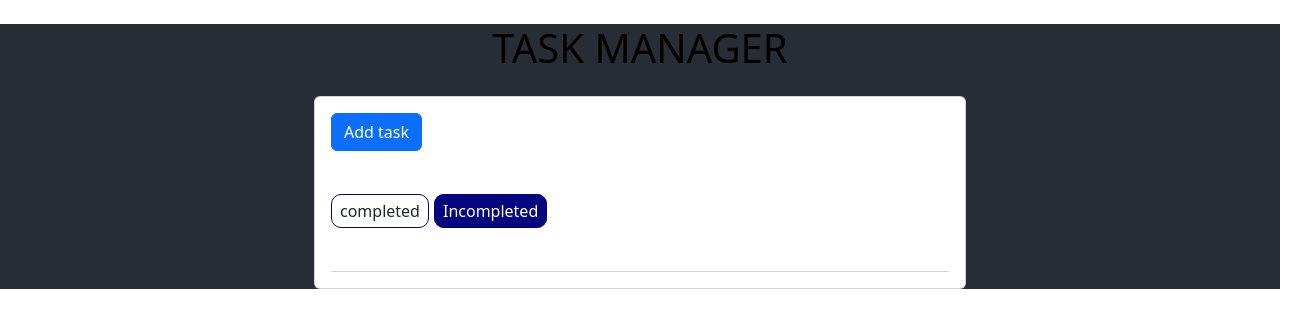
Repository: Jcparks84/task_manager
Page: / (app in frontend/)
These files come from the project's save history. The page is drawn as it stood at one moment and after the next save; the edit follows.
The browser window is 1280 px wide. The page is 1292 px wide, so the pictures cover 1292 px, including what lies to the right of the window. The pictures show the whole page.
The page's requests for data from a server got no answer. The project was rebuilt for these pictures with package versions that can differ from the ones it lists, and the page was loaded fresh each time. No one was signed in, and anything a server would have sent is missing. Also part of the build but not shown: frontend/src/components/Modal.js.

Above is the page before, as saved 2022-08-11 17:11:25.

### frontend/src/index.css
html {
  background-color: ;
}

body {
  margin: 0;
  padding:0;
  font-family: sans-serif;
  -webkit-font-smoothing: antialiased;
}

.todo-title{
  cursor:pointer;
}
.completed-todo {
  text-decoration: line-through;
}
.tab-list > span {
  padding: 5px 8px;
  border : 1px solid rgb(5, 5, 128);
  border-radius:10px;
  margin-right:5px;
  cursor: pointer;
}
.tab-list>span.active {
  background-color: rgb(5, 5, 128);
  color:#fff;
}

### frontend/src/App.js
import React, { Component } from "react";
import Modal from "./components/Modal";
import axios from 'axios';
import './App.css'
class App extends Component {
  constructor(props) {
    super(props);
    this.state = {
      viewCompleted: false,
      activeItem: {
        title: "",
        description: "",
        completed: false
      },
      taskList: []
    };
  }

  componentDidMount() {
    this.refreshList();
  }


  refreshList = () => {
    axios
      .get("http://localhost:8000/api/tasks/")
      .then(res => this.setState({ taskList: res.data }))
      .catch(err => console.log(err));
  };


  displayCompleted = status => {
    if (status) {
      return this.setState({ viewCompleted: true });
    }
    return this.setState({ viewCompleted: false });
  };


  renderTabList = () => {
    return (
      <div className="my-5 tab-list">
        <span
          onClick={() => this.displayCompleted(true)}
          className={this.state.viewCompleted ? "active" : ""}
        >
          completed
            </span>
        <span
          onClick={() => this.displayCompleted(false)}
          className={this.state.viewCompleted ? "" : "active"}
        >
          Incompleted
            </span>
      </div>
    );
  };

  renderItems = () => {
    const { viewCompleted } = this.state;
    const newItems = this.state.taskList.filter(
      item => item.completed === viewCompleted
    );
    return newItems.map(item => (
      <li
        key={item.id}
        className="list-group-item d-flex justify-content-between align-items-center"
      >
        <span
          className={`todo-title mr-2 ${this.state.viewCompleted ? "completed-todo" : ""
            }`}
          title={item.description}
        >
          {item.title}
        </span>
        <span>
          <button
            onClick={() => this.editItem(item)}
            className="btn btn-secondary mr-2"
          >
            Edit
          </button>
          <button
            onClick={() => this.handleDelete(item)}
            className="btn btn-danger"
          >
            Delete
          </button>
        </span>
      </li>
    ));
  };



  toggle = () => {
    this.setState({ modal: !this.state.modal });
  };

  handleSubmit = item => {
    this.toggle();
    if (item.id) {
      axios
        .put(`http://localhost:8000/api/tasks/${item.id}/`, item)
        .then(res => this.refreshList());
      return;
    }
    axios
      .post("http://localhost:8000/api/tasks/", item)
      .then(res => this.refreshList());
  };

  handleDelete = item => {
    axios
      .delete(`http://localhost:8000/api/tasks/${item.id}/`)
      .then(res => this.refreshList());
  };

  createItem = () => {
    const item = { title: "", description: "", completed: false };
    this.setState({ activeItem: item, modal: !this.state.modal });
  };

  editItem = item => {
    this.setState({ activeItem: item, modal: !this.state.modal });
  };


  render() {
    return (
      <main className="content">
        <h1 className="text-black text-uppercase text-center my-4">Task Manager</h1>
        <div className="row ">
          <div className="col-md-6 col-sm-10 mx-auto p-0">
            <div className="card p-3">
              <div className="">
                <button onClick={this.createItem} className="btn btn-primary">
                  Add task
                    </button>
              </div>
              {this.renderTabList()}
              <ul className="list-group list-group-flush">
                {this.renderItems()}
              </ul>
            </div>
          </div>
        </div>
        {this.state.modal ? (
          <Modal
            activeItem={this.state.activeItem}
            toggle={this.toggle}
            onSave={this.handleSubmit}
          />
        ) : null}
      </main>
    );
  }
}
export default App;

### frontend/src/App.css
.App {
  text-align: center;
  background-color: #282c34;
}

html, body, #wrapper {
  width: 100%;
  min-height: 100%;
}

.App-logo {
  height: 40vmin;
  pointer-events: none;
}

@media (prefers-reduced-motion: no-preference) {
  .App-logo {
    animation: App-logo-spin infinite 20s linear;
  }
}

.App-header {
  background-color: #282c34;
  min-height: 100vh;
  display: flex;
  flex-direction: column;
  align-items: center;
  justify-content: center;
  font-size: calc(10px + 2vmin);
  color: white;
}

.App-link {
  color: #61dafb;
}

.content {
  background-color: #282c34;
}


@keyframes App-logo-spin {
  from {
    transform: rotate(0deg);
  }
  to {
    transform: rotate(360deg);
  }
}

Loaded but not shown: frontend/public/index.html (common file); frontend/src/index.js (common file); frontend/src/reportWebVitals.js (common file)

After the next save:
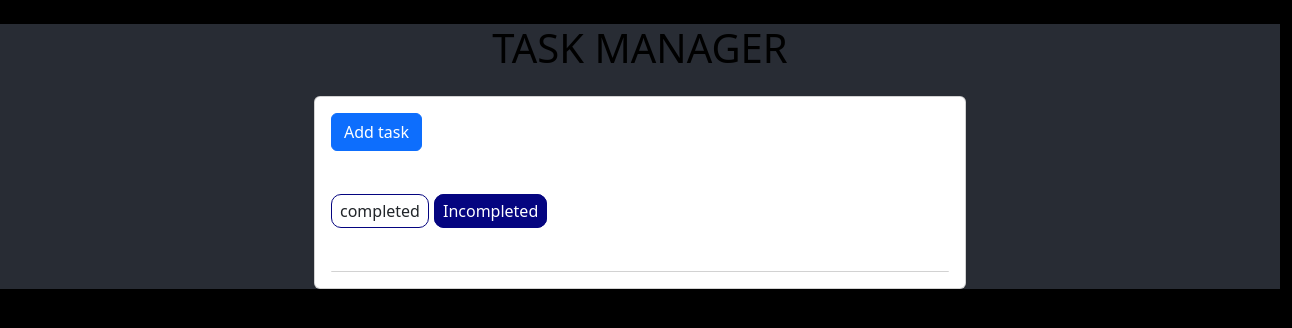
Saved 7 s later.
--- a/frontend/src/index.css
+++ b/frontend/src/index.css
@@ -1,5 +1,5 @@
 html {
-  background-color: ;
+  background-color: black;
 }
 
 body {
